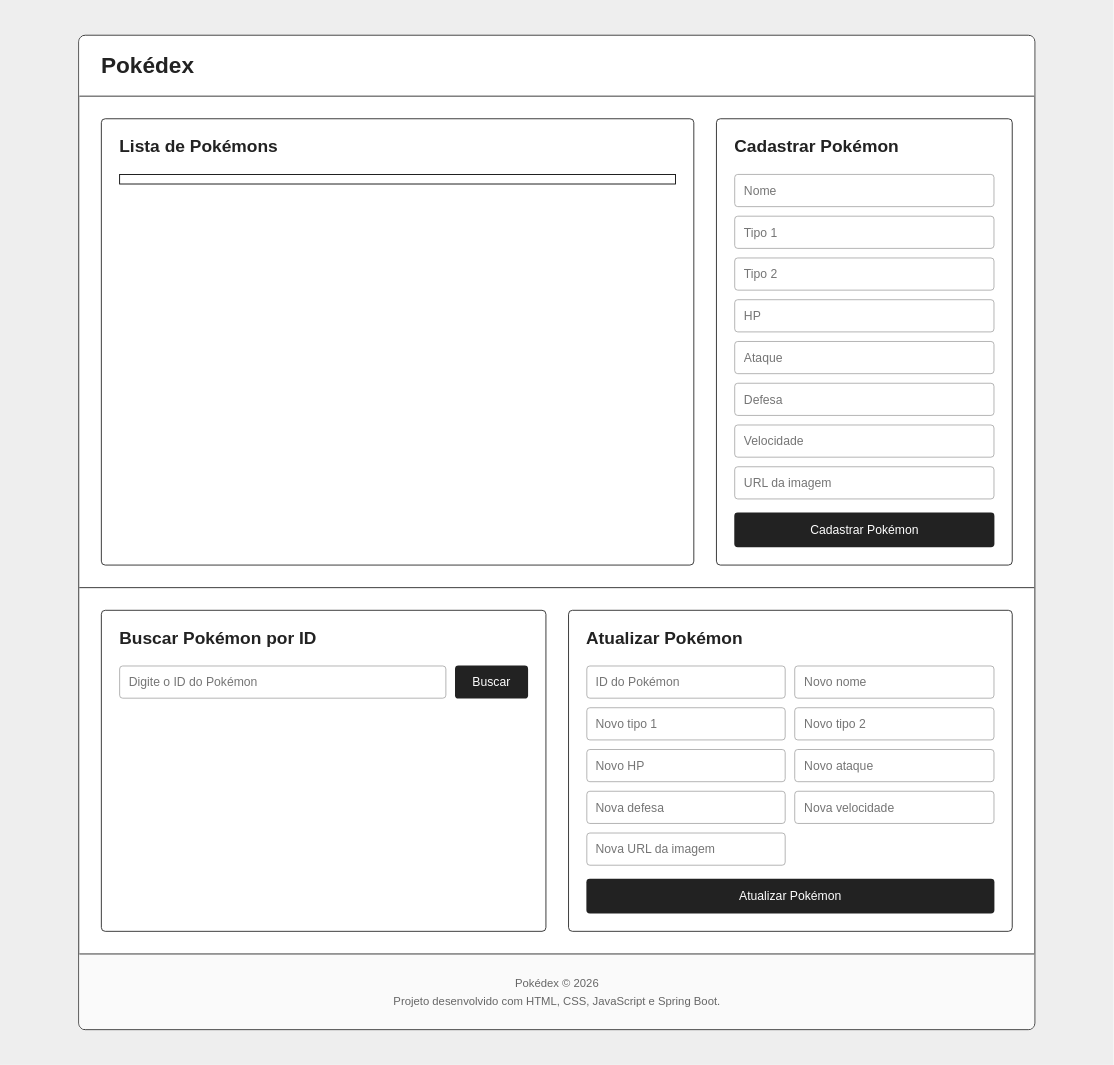
Repository: arthurSchgg/pokedex
Page: front-end/index.html
The author's editor kept a copy of each file at every save. The page is drawn from the files as they stood at one save, then again after a run of saves.
The browser window is 1280 px wide. The pictures show the whole page, at 87% of full size.
The page's requests for data from a server got no answer.

Above is the page before, as saved 2026-10-01 16:42:09.

### front-end/index.html
<!DOCTYPE html>
<html lang="pt-br">

<head>
    <meta charset="UTF-8">
    <meta name="viewport" content="width=device-width, initial-scale=1.0">

    <link rel="stylesheet" href="style.css">

    <title>Pokédex</title>
</head>

<body>

    <div id="app">

        <!-- CABEÇALHO -->
        <header>

            <h1>Pokédex</h1>

        </header>


        <!-- LISTA + CADASTRO -->
        <main>

            <section class="lista">

                <h2>Lista de Pokémons</h2>

                <div id="container-pokemon">
                </div>

            </section>


            <aside class="lateral">

                <h2>Cadastrar Pokémon</h2>

                <form id="pokemon-form">

                    <input
                        id="nome"
                        type="text"
                        placeholder="Nome"
                        required
                    >

                    <input
                        id="tipo1"
                        type="text"
                        placeholder="Tipo 1"
                        required
                    >

                    <input
                        id="tipo2"
                        type="text"
                        placeholder="Tipo 2"
                    >

                    <input
                        id="hp"
                        type="number"
                        placeholder="HP"
                        required
                    >

                    <input
                        id="ataque"
                        type="number"
                        placeholder="Ataque"
                        required
                    >

                    <input
                        id="defesa"
                        type="number"
                        placeholder="Defesa"
                        required
                    >

                    <input
                        id="velocidade"
                        type="number"
                        placeholder="Velocidade"
                        required
                    >

                    <input
                        id="imagem_url"
                        type="text"
                        placeholder="URL da imagem"
                        required
                    >

                    <button type="submit">
                        Cadastrar Pokémon
                    </button>

                </form>

            </aside>

        </main>


        <!-- BUSCAR + ATUALIZAR -->
        <section class="acoes">


            <!-- BUSCAR POR ID -->
            <div id="area-buscar">

                <h2>Buscar Pokémon por ID</h2>

                <div class="busca">

                    <input
                        type="number"
                        id="id"
                        placeholder="Digite o ID do Pokémon"
                    >

                    <button id="buscar-pokemon">
                        Buscar
                    </button>

                </div>

                <div id="pokemon-buscado"></div>

            </div>


            <!-- ATUALIZAR -->
            <div id="area-atualizar">

                <h2>Atualizar Pokémon</h2>

                <form id="pokemon-update-form">

                    <input
                        type="number"
                        id="update-id"
                        placeholder="ID do Pokémon"
                        required
                    >

                    <input
                        type="text"
                        id="update-nome"
                        placeholder="Novo nome"
                        required
                    >

                    <input
                        type="text"
                        id="update-tipo1"
                        placeholder="Novo tipo 1"
                        required
                    >

                    <input
                        type="text"
                        id="update-tipo2"
                        placeholder="Novo tipo 2"
                    >

                    <input
                        type="number"
                        id="update-hp"
                        placeholder="Novo HP"
                        required
                    >

                    <input
                        type="number"
                        id="update-ataque"
                        placeholder="Novo ataque"
                        required
                    >

                    <input
                        type="number"
                        id="update-defesa"
                        placeholder="Nova defesa"
                        required
                    >

                    <input
                        type="number"
                        id="update-velocidade"
                        placeholder="Nova velocidade"
                        required
                    >

                    <input
                        type="text"
                        id="update-imagem_url"
                        placeholder="Nova URL da imagem"
                        required
                    >

                    <button type="submit">
                        Atualizar Pokémon
                    </button>

                </form>

            </div>

        </section>


        <!-- FOOTER -->
        <footer>

            <p>Pokédex © 2026</p>

            <p>
                Projeto desenvolvido com HTML, CSS, JavaScript e Spring Boot.
            </p>

        </footer>

    </div>


    <script src="script.js"></script>

</body>

</html>

### front-end/style.css
* {
    box-sizing: border-box;
    margin: 0;
    padding: 0;
}


body {
    font-family: Arial, Helvetica, sans-serif;

    background-color: #eeeeee;

    color: #222;

    padding: 40px 20px;
}

#app {
    width: 1100px;

    max-width: 100%;

    margin: 0 auto;

    background-color: white;

    border: 1px solid #222;

    border-radius: 8px;

    overflow: hidden;
}

header {
    height: 70px;

    display: flex;

    align-items: center;

    padding: 0 25px;

    border-bottom: 1px solid #222;

    background-color: white;
}

header h1 {
    font-size: 26px;

    font-weight: bold;
}

main {
    display: grid;

    grid-template-columns: 2fr 1fr;

    gap: 25px;

    padding: 25px;
}

.lista {
    border: 1px solid #222;

    border-radius: 5px;

    padding: 20px;

    min-height: 500px;
}

.lista h2 {
    font-size: 20px;

    margin-bottom: 20px;
}

#container-pokemon {
    display: grid;
    border: 1px solid #000000;

    grid-template-columns: repeat(3, 1fr);

    gap: 15px;

    max-height: 420px;

    overflow-y: auto;

    padding: 5px;
}

.card-pokemon {
    border: 1px solid #cccccc;

    border-radius: 8px;

    background-color: #fafafa;

    padding: 12px;

    text-align: center;

    cursor: pointer;

    transition:
        transform 0.2s,
        box-shadow 0.2s,
        border-color 0.2s;
}

.card-pokemon:hover {
    transform: translateY(-3px);

    border-color: #222;

    box-shadow: 0 4px 10px rgba(0, 0, 0, 0.15);
}

.card-pokemon img {
    display: block;

    width: 100px;

    height: 100px;

    object-fit: contain;

    margin: 8px auto;
}
.card-pokemon h2 {
    font-size: 18px;

    margin-bottom: 6px;
}

.pokemon-id {
    color: #777;

    font-size: 12px !important;

    font-weight: bold;
}

.pokemon-tipos {
    font-size: 13px;

    color: #555;

    margin-top: 5px;
}

.lateral {
    border: 1px solid #222;

    border-radius: 5px;

    padding: 20px;

    min-height: 500px;
}

.lateral h2 {
    font-size: 20px;

    margin-bottom: 20px;
}

form {
    display: flex;

    flex-direction: column;

    gap: 10px;
}

form input {
    width: 100%;

    height: 38px;

    padding: 8px 10px;

    border: 1px solid #aaa;

    border-radius: 4px;

    font-size: 14px;

    background-color: white;
}

form input:focus {
    outline: none;

    border-color: #222;
}

form button {
    width: 100%;

    height: 40px;

    margin-top: 5px;

    border: none;

    border-radius: 4px;

    background-color: #222;

    color: white;

    font-size: 14px;

    cursor: pointer;

    transition: background-color 0.2s;
}

form button:hover {
    background-color: #444;
}

.acoes {
    display: grid;

    grid-template-columns: 1fr 1fr;

    gap: 25px;

    padding: 25px;

    border-top: 1px solid #222;
}

#area-buscar {
    border: 1px solid #222;

    border-radius: 5px;

    padding: 20px;

    min-height: 300px;
}

#area-buscar h2 {
    font-size: 20px;

    margin-bottom: 20px;
}

.busca {
    display: flex;

    gap: 10px;
}

.busca input {
    flex: 1;

    height: 38px;

    padding: 8px 10px;

    border: 1px solid #aaa;

    border-radius: 4px;

    font-size: 14px;
}

.busca input:focus {
    outline: none;

    border-color: #222;
}

.busca button {
    height: 38px;

    padding: 0 20px;

    border: none;

    border-radius: 4px;

    background-color: #222;

    color: white;

    font-size: 14px;

    cursor: pointer;
}

.busca button:hover {
    background-color: #444;
}

#pokemon-buscado {
    margin-top: 20px;
}

#pokemon-buscado .card-pokemon {
    cursor: default;

    max-width: 350px;
}

#area-atualizar {
    border: 1px solid #222;

    border-radius: 5px;

    padding: 20px;

    min-height: 300px;
}

#area-atualizar h2 {
    font-size: 20px;

    margin-bottom: 20px;
}

#pokemon-update-form {
    display: grid;

    grid-template-columns: 1fr 1fr;

    gap: 10px;
}

#pokemon-update-form input {
    width: 100%;
}

#pokemon-update-form button {
    grid-column: 1 / -1;
}

footer {
    border-top: 1px solid #222;

    padding: 25px;

    text-align: center;

    background-color: #fafafa;

    color: #666;

    font-size: 13px;
}

footer p + p {
    margin-top: 6px;
}

#container-pokemon::-webkit-scrollbar {
    width: 8px;
}

#container-pokemon::-webkit-scrollbar-track {
    background: #eeeeee;

    border-radius: 5px;
}

#container-pokemon::-webkit-scrollbar-thumb {
    background: #999;

    border-radius: 5px;
}

#container-pokemon::-webkit-scrollbar-thumb:hover {
    background: #666;
}

@media (max-width: 900px) {

    main {
        grid-template-columns: 1fr;
    }

    .acoes {
        grid-template-columns: 1fr;
    }

    .lateral {
        min-height: auto;
    }

}

@media (max-width: 450px) {

    #container-pokemon {
        grid-template-columns: 1fr;
    }

    .busca {
        flex-direction: column;
    }

    .busca button {
        width: 100%;
    }

    header {
        justify-content: center;
    }

    header h1 {
        font-size: 23px;
    }

}

### front-end/script.js
const API_URL = "http://localhost:8181/v1/pokedex";

//Lista os pokemons
async function carregarPokemon() {
    try {
        const resposta = await fetch(`${API_URL}/listar`);

        if (!resposta.ok) {
            throw new Error(`Erro no servidor: ${resposta.status}`);
        }

        const pokemons = await resposta.json();

        console.log("Pokémons carregados:", pokemons);

        const container = document.getElementById("container-pokemon");

        pokemons.forEach(pokemon => {

            const card = document.createElement("div");

            card.innerHTML = `
                <p class="pokemon-id">#${String(pokemon.id).padStart(3, "0")}</p>

                <img src="${pokemon.imagemUrl}" alt="${pokemon.nome}">

                <h2>${pokemon.nome}</h2>

                <div class="pokemon-tipos">
                    <span>${pokemon.tipo1}</span>
                    ${pokemon.tipo2 ? `<span> / ${pokemon.tipo2}</span>` : ""}
                </div>

            `;

            container.appendChild(card);
        });

    } catch (erro) {
        console.error("Erro ao buscar pokémons na linha do fetch:", erro);
    }
}

carregarPokemon();


//Cadastra um novo pokémon
const formulario = document.getElementById("pokemon-form");

formulario.addEventListener("submit", async (event) => {

    event.preventDefault();

    const pokemon = {

        nome: document.getElementById("nome").value,

        tipo1: document.getElementById("tipo1").value,

        tipo2: document.getElementById("tipo2").value,

        hp: Number(document.getElementById("hp").value),

        ataque: Number(document.getElementById("ataque").value),

        defesa: Number(document.getElementById("defesa").value),

        velocidade: Number(document.getElementById("velocidade").value),

        imagemUrl: document.getElementById("imagem_url").value
    }

    try {
        const resposta = await fetch(
            "http://localhost:8181/v1/pokedex/cadastrar",
            {
                method: "POST",

                headers: {
                    "Content-Type": "application/json"
                },

                body: JSON.stringify(pokemon)
            }
        );

        if (!resposta.ok) {
            throw new Error("Erro ao cadastrar Pokémon");
        }

        const pokemonCadastrado = await resposta.json();

        console.log("Pokémon cadastrado: " + pokemonCadastrado);

        alert("Pokémon cadastrado com sucesso!");

        formulario.reset();
    } catch (erro) {
        console.error("Erro: ", erro);

        alert("Não foi possível cadastrar o Pokémon.")
    }
});

//Busca um pokémon pelo seu ID

const botaoBuscar = document.getElementById("buscar-pokemon");

botaoBuscar.addEventListener("click", async () => {

    const id = document.getElementById("id").value;

    if (!id) {
        alert("Digite um ID.");
        return;
    }

    try {
        const resposta = await fetch(`${API_URL}/${id}`);

        if (!resposta.ok) {
            throw new Error(`Pokémon não encontrado. Status: ${resposta.status}`);
        }

        const pokemon = await resposta.json();

        console.log("Pokémon encontrado: ", pokemon);

        const container = document.getElementById("pokemon-buscado");

        container.innerHTML = `
            <div class="card-pokemon">

                <h2>${pokemon.nome}</h2>

                <img
                    src="${pokemon.imagemUrl}"
                    alt="${pokemon.nome}"
                >

                <p>Tipo 1: ${pokemon.tipo1}</p>
                <p>Tipo 2: ${pokemon.tipo2 || "Nenhum"}</p>

                <p>HP: ${pokemon.hp}</p>
                <p>Ataque: ${pokemon.ataque}</p>
                <p>Defesa: ${pokemon.defesa}</p>
                <p>Velocidade: ${pokemon.velocidade}</p>

            </div>
        `;
    } catch (erro) {
        console.error("Erro ao buscar o Pokémon: ", erro);

        alert("Pokémon não encontrado");
    }

});


//Atualiza o pokémon pelo ID
const formularioUpdate = document.getElementById("pokemon-update-form");

formularioUpdate.addEventListener("submit", async (event) => {

    event.preventDefault();

    const id = document.getElementById("update-id").value;

    if (!id) {
        alert("Digite o ID do pokémon");
        return;
    }

    const pokemon = {

        nome: document.getElementById("update-nome").value,

        tipo1: document.getElementById("update-tipo1").value,

        tipo2: document.getElementById("update-tipo2").value,

        hp: Number(document.getElementById("update-hp").value),

        ataque: Number(document.getElementById("update-ataque").value),

        defesa: Number(document.getElementById("update-defesa").value),

        velocidade: Number(
            document.getElementById("update-velocidade").value
        ),

        imagemUrl: document.getElementById("update-imagem_url").value
    };

    try {
        const resposta = await fetch(`${API_URL}/${id}`, {
            method: "PUT",

            headers: {
                "Content-Type": "application/json"
            },

            body: JSON.stringify(pokemon)
        });

        if (!resposta.ok) {
            throw new Error(`Erro ao atualizar o pokémon: ${resposta.status}`);
        }

        const pokemonAtualizado = await resposta.json();

        console.log("Pokémon atualizado", pokemonAtualizado);

        alert("Pokémon atualizado com sucesso!");

        formularioUpdate.reset();

    } catch (erro) {

        console.error("Erro ao atulizar o Pokémon: ", erro);

        alert("Não foi possível atualizar o Pokémon");
    }
});

After the next 2 saves:
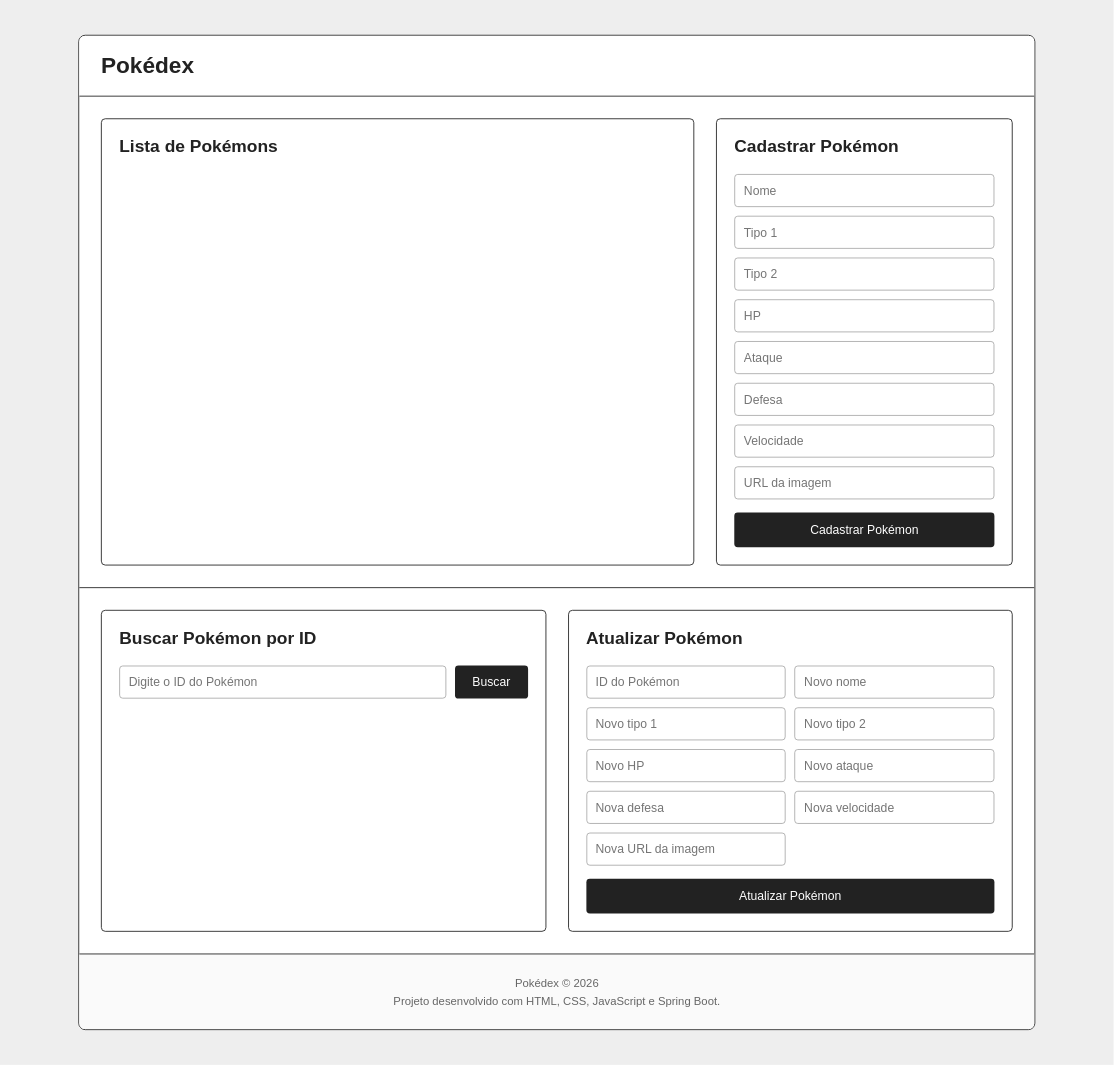
The 2 saves are shown as one change because they came seconds apart.
The last was saved 8 s later.
--- a/front-end/style.css
+++ b/front-end/style.css
@@ -79,7 +79,6 @@
 
 #container-pokemon {
     display: grid;
-    border: 1px solid #000000;
 
     grid-template-columns: repeat(3, 1fr);
 
@@ -130,6 +129,7 @@
 
     margin: 8px auto;
 }
+
 .card-pokemon h2 {
     font-size: 18px;
 
@@ -356,7 +356,7 @@
     font-size: 13px;
 }
 
-footer p + p {
+footer p+p {
     margin-top: 6px;
 }
 
